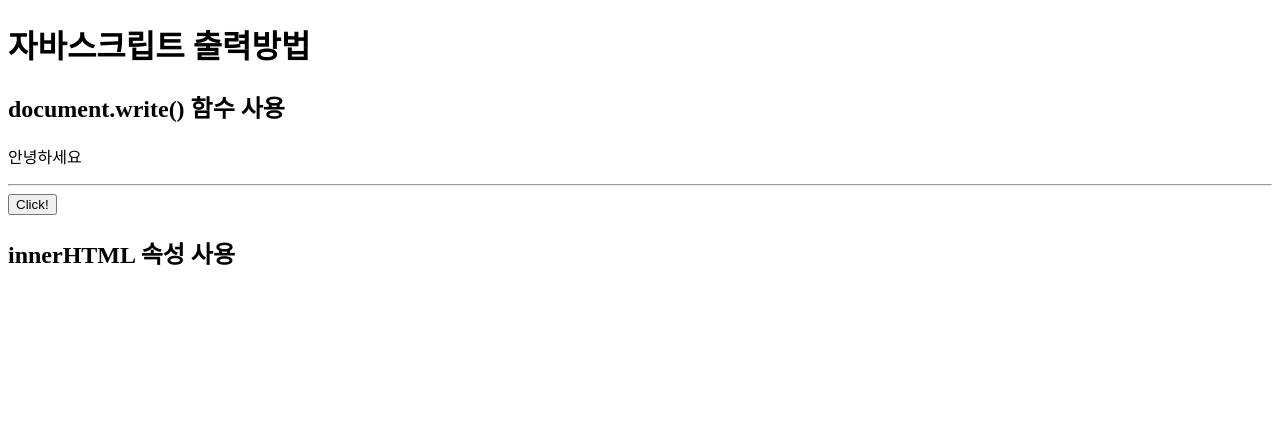
Repository: XenosJM/WEB_CODES
Page: Web03_JavaScript/src/main/webapp/03_output.html
An editor plug-in stored every save of this project. The page is shown before and after the next save, followed by the edit.
The browser window is 1280 px wide. The pictures show the whole page.

Above is the page before, as saved 2024-03-20 03:09:12.
Console error: SyntaxError: Unexpected token '<'

### Web03_JavaScript/src/main/webapp/03_output.html
<!DOCTYPE html>
<html>
<head>
<meta charset="UTF-8">
<title>Output</title>
</head>
<body>
	<h1>자바스크립트 출력방법</h1>
	<h2>document.write() 함수 사용</h2>

	<script type="text/javascript">
		document.write('<p>안녕하세요</p>');
	</script>
	<hr>

	<button onclick="test1()">Click!</button>

	<h2>innerHTML 속성 사용</h2>
	<div id="output"></div>
	<script type="text/javascript">
	/*
		* JavaScript 디스플레이 속성
		- innerHTML : HTML 요소에 작성
		- document.write() : HTML 문서에 작성
		- window.alert() : 경고 박스에 작성
		- console.log() : 브라우저 콘솔 창에 작성
	*/

	function test1() {
			document.write('<p>test1() 호출</p>');
		} // end test1()

		<button onclick="test2()">Click!</button>
	function test2() {
		var output = document.getElementById('output');
		output.innerHTML = 'test2() 출력 완료!';
	}// end test2()

	</script>

</body>
</html>

After the next save:
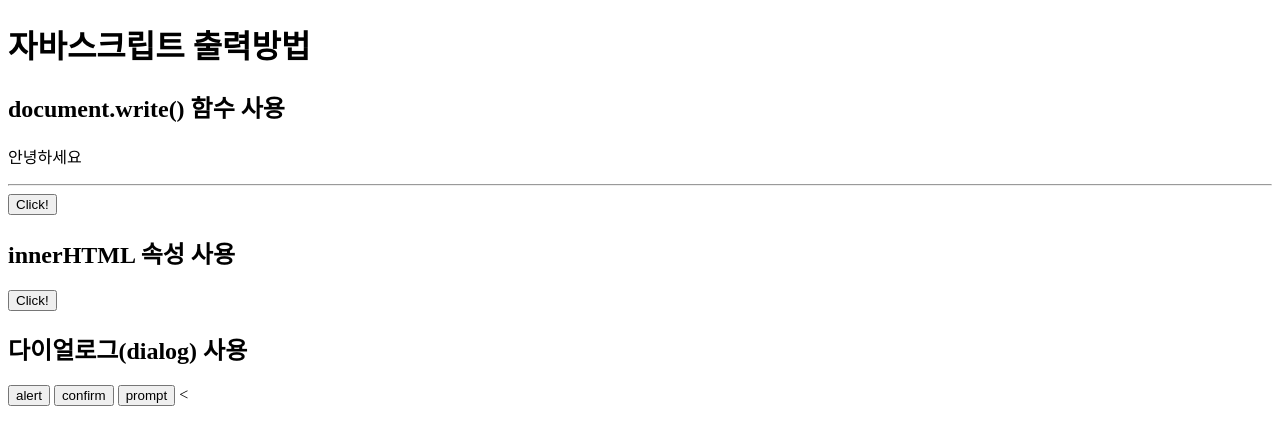
The error is gone.
Saved 2 min 36 s later.
--- a/Web03_JavaScript/src/main/webapp/03_output.html
+++ b/Web03_JavaScript/src/main/webapp/03_output.html
@@ -17,6 +17,15 @@
 
 	<h2>innerHTML 속성 사용</h2>
 	<div id="output"></div>
+	<button onclick="test2()">Click!</button>
+
+	<h2>다이얼로그(dialog) 사용</h2>
+	<button onclick="showAlert()">alert</button>
+	<button onclick="showConfirm()">confirm</button>
+	<button onclick="showPrompt()">prompt</button>
+
+	<
+
 	<script type="text/javascript">
 	/*
 		* JavaScript 디스플레이 속성
@@ -30,7 +39,6 @@
 			document.write('<p>test1() 호출</p>');
 		} // end test1()
 
-		<button onclick="test2()">Click!</button>
 	function test2() {
 		var output = document.getElementById('output');
 		output.innerHTML = 'test2() 출력 완료!';
